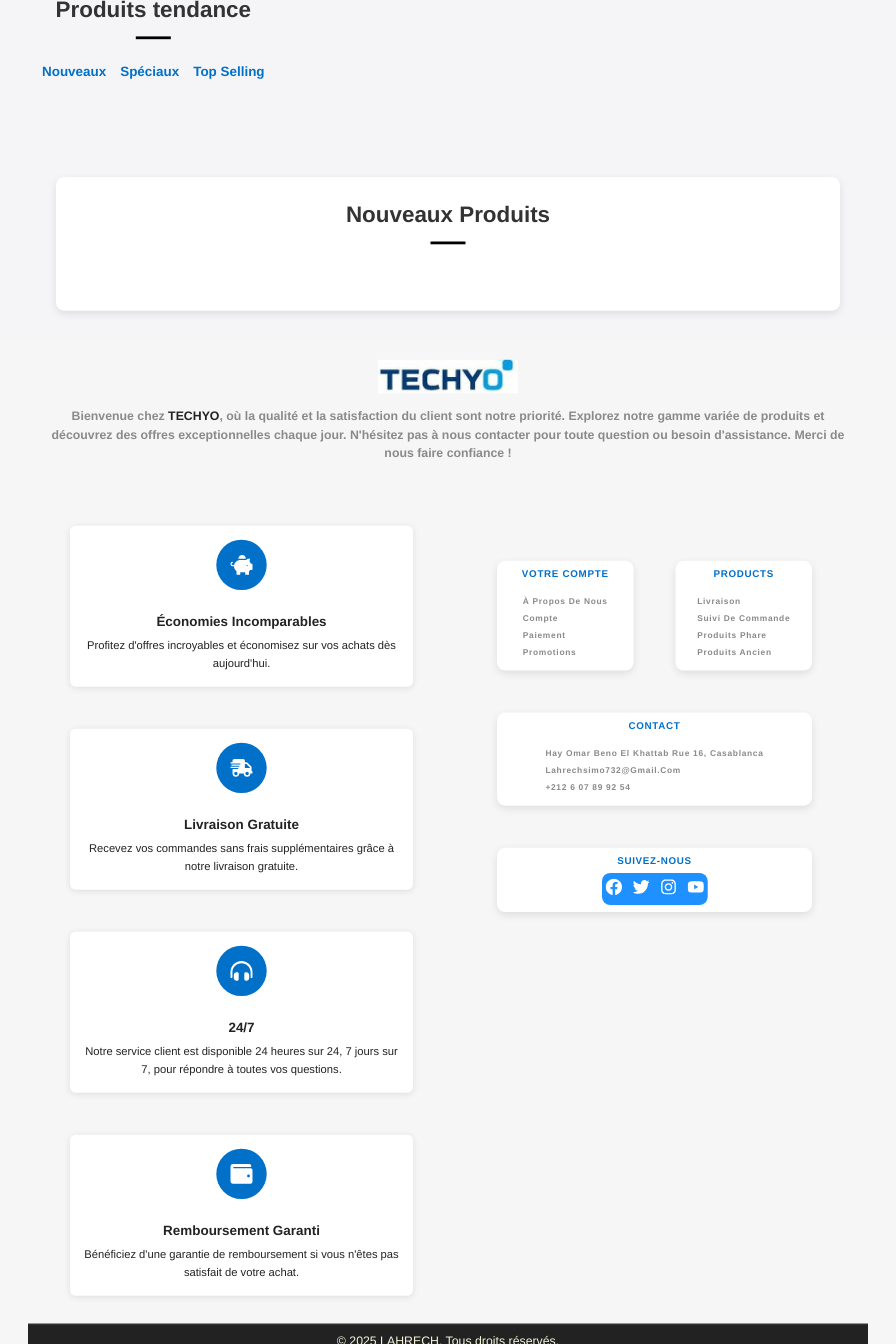
Repository: sebti-cloud/project-modern
Page: / (app in ecommerce_website/)
These files come from the project's save history. The page is drawn as it stood at one moment and after the next save; the edit follows.
The browser window is 1280 px wide. The pictures show the part of the page from y = 600 to 2520 px (the page is 2570 px tall before and 2530 px after), at 70% of full size.
The page's requests for data from a server got no answer. The project was rebuilt for these pictures with package versions that can differ from the ones it lists, and the page was loaded fresh each time. No one was signed in, and anything a server would have sent is missing. Also part of the build but not shown: ecommerce_website/src/comp/shop.js, ecommerce_website/src/comp/cart.js, ecommerce_website/src/comp/contact.js, ecommerce_website/src/comp/Products.js, ecommerce_website/src/comp/Orders.js, ecommerce_website/src/comp/LikedProducts.js, ecommerce_website/src/comp/Categories.js, ecommerce_website/src/comp/AdminContacts.js and 26 more.

Above is the page before, as saved 2025-01-24 17:32:03.

After the next save:
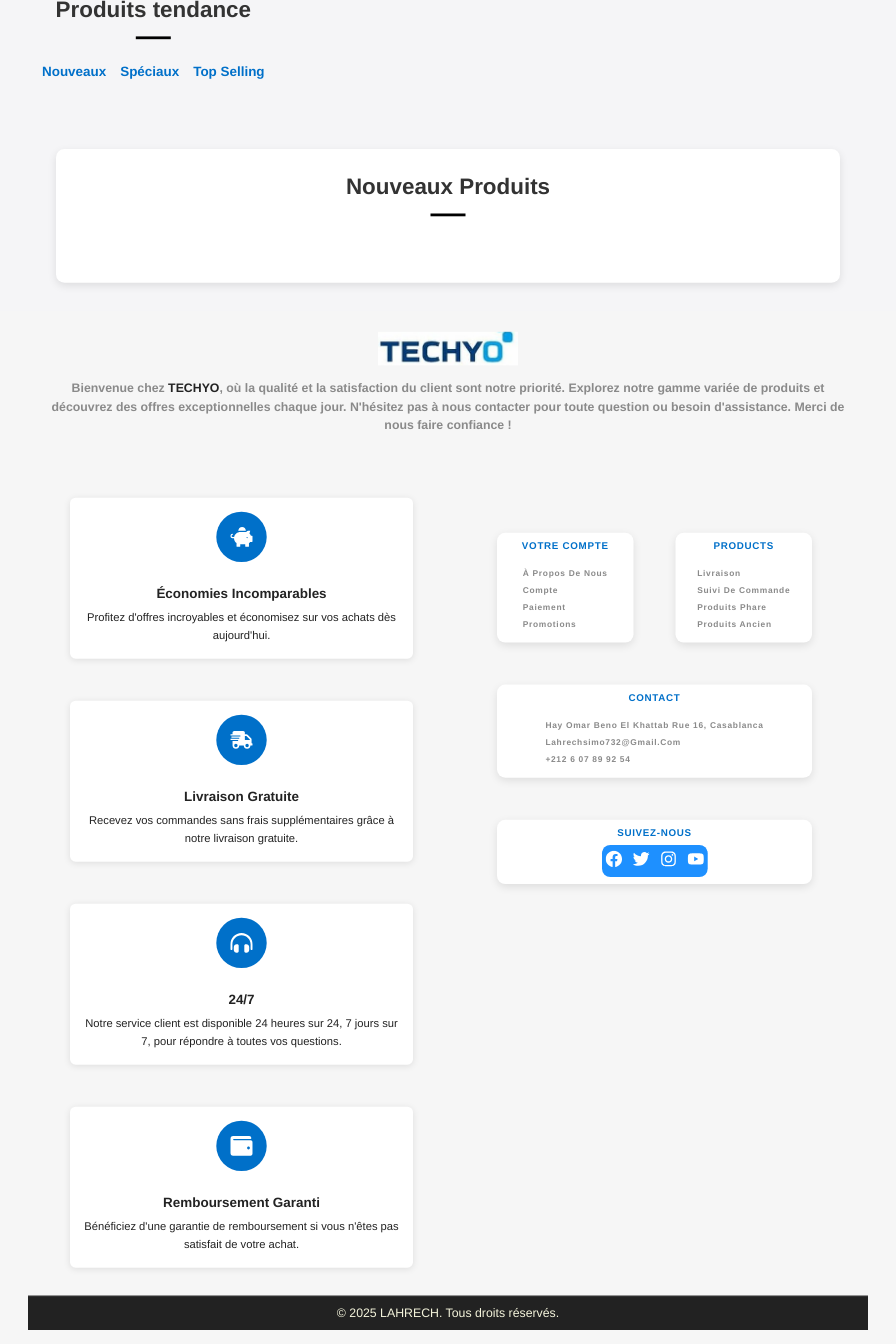
Saved 3 min 45 s later.
--- a/ecommerce_website/src/comp/home.js
+++ b/ecommerce_website/src/comp/home.js
@@ -53,8 +53,14 @@
     const placeholderImage = "/uploads/placeholder.jpg";
 
     const renderProductImage = (imagePath) => {
-        return imagePath && imagePath.trim() !== "" ? `http://localhost:3001${imagePath}` : placeholderImage;
-    };
+        // Vérifiez si imagePath est une chaîne valide
+        if (typeof imagePath === "string" && imagePath.trim() !== "") {
+            return `http://localhost:3001${imagePath.trim()}`;
+        }
+        // Retournez une image de placeholder si imagePath est invalide
+        return placeholderImage;
+    };
+
 
     const detailpage = (product) => {
         setDetail(product);
@@ -130,27 +136,23 @@
                                 </div>
                             </div>
                             <div className="products">
-                                <div className="container">
-                                    {trendingProduct.map((curElm) => (
-                                        <div key={curElm.id} className="box">
-                                            <div className="img_box">
-                                                <img
-                                                    src={renderProductImage(curElm.image)}
-                                                    alt={curElm.name || 'Product'}
-                                                />
+                                {trendingProduct.map((curElm) => (
+                                    <div key={curElm.id} className='box'>
+                                        <div className='img_box'>
+                                            <img src={renderProductImage(curElm.image)} alt={curElm.name || 'Product'} />
+                                        </div>
+                                        <div className="detail">
+                                            <h3>{curElm.name}</h3>
+                                            <p>{curElm.price} Mad</p>
+                                            <div className="icon">
+                                                <button onClick={() => detailpage(curElm)}><AiFillEye /></button>
+                                                <button onClick={() => addToCart(curElm)}><AiOutlineShoppingCart /></button>
+                                                <button onClick={() => handleLike(curElm)}><AiFillHeart /></button>
                                             </div>
-                                            <div className="detail">
-                                                <h3>{curElm.name}</h3>
-                                                <p>{curElm.price} MAD</p>
-                                                <div className="icon">
-                                                    <button onClick={() => detailpage(curElm)}><AiFillEye /></button>
-                                                    <button onClick={() => addToCart(curElm)}><AiOutlineShoppingCart /></button>
-                                                    <button onClick={() => handleLike(curElm)}><AiFillHeart /></button>
-                                                </div>
-                                            </div>
-                                        </div>
-                                    ))}
-                                </div>
+                                        </div>
+                                    </div>
+                                ))}
+
                             </div>
 
 
@@ -169,7 +171,6 @@
                                     <div className="img-box">
                                         <img src={renderProductImage(curElm.image)} alt={curElm.name || 'New Product'} />
                                     </div>
-
                                     <div className="detail">
                                         <h3>{curElm.name}</h3>
                                         <p>{curElm.price} Mad</p>
@@ -181,6 +182,7 @@
                                     </div>
                                 </div>
                             ))}
+
                         </div>
                     </div>
                 </div>
